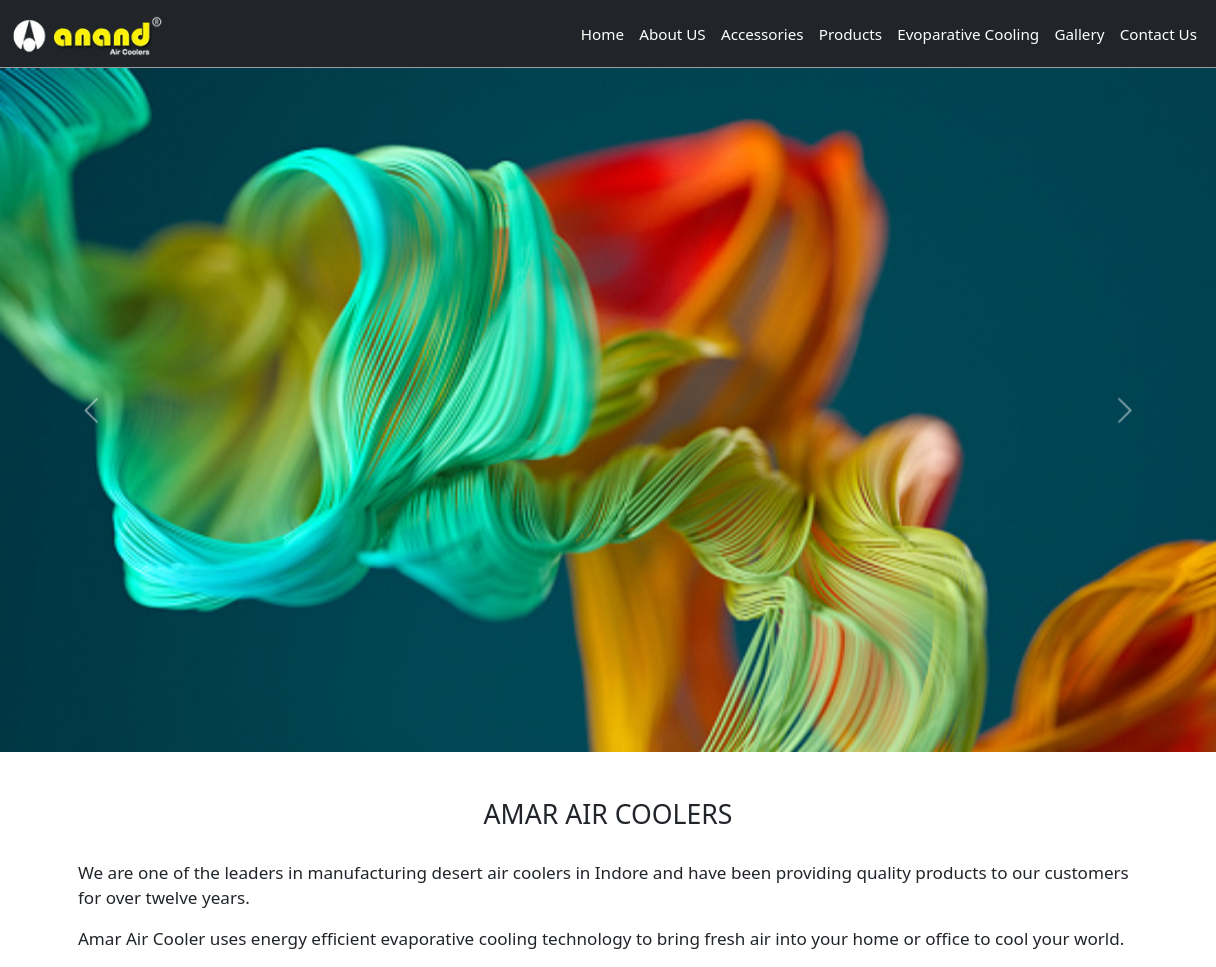
Repository: dhavalmaniyar/divakar
Page: http://localhost/
An editor plug-in stored every save of this project. The page is shown before and after the next save, followed by the edit.
The browser window is 1280 px wide. The pictures show the whole page, at 95% of full size.
The page is served by the project's application, run on Django 3.2 (divakar_app/manage.py). Other server files are loaded and not shown.

Above is the page before, as saved 2021-12-08 11:17:18.

### divakar_app/templates/index.html
{% extends "base.html" %}
{% load static %}
{%block body%}
<br><br><br>
<div id="carouselExampleInterval" class="carousel slide" data-bs-ride="carousel">
    <div class="carousel-inner">
      <div class="carousel-item active" data-bs-interval="2000">
        <img src="{%static '/images/landingpage.jpg'%}" class="d-block w-100" alt="">
      </div>
      <div class="carousel-item" data-bs-interval="2000">
        <img src="{%static '/images/landingpage.jpg'%}" class="d-block w-100" alt="">
      </div>
      <div class="carousel-item">
        <img src="{%static '/images/landingpage.jpg'%}" class="d-block w-100" alt="">
      </div>
    </div>
    <button class="carousel-control-prev" type="button" data-bs-target="#carouselExampleInterval" data-bs-slide="prev">
      <span class="carousel-control-prev-icon" aria-hidden="true"></span>
      <span class="visually-hidden">Previous</span>
    </button>
    <button class="carousel-control-next" type="button" data-bs-target="#carouselExampleInterval" data-bs-slide="next">
      <span class="carousel-control-next-icon" aria-hidden="true"></span>
      <span class="visually-hidden">Next</span>
    </button>
  </div>
  <br><br>
  <h3 class="text-center">AMAR AIR COOLERS</h3><br>
  <div class="container">
    <p class="content">
        We are one of the leaders in manufacturing desert air coolers in Indore and have
        been providing quality products to our customers for over twelve years.

    </p>
    <p class="content">
        Amar Air Cooler uses energy efficient evaporative cooling technology to bring fresh
        air into your home or office to cool your world.
    </p>
</div>
{%endblock body%}

### divakar_app/templates/base.html
{% load static %}
<!DOCTYPE html>
<html lang="en">

<head>
    <meta charset="UTF-8">
    <meta http-equiv="X-UA-Compatible" content="IE=edge">
    <meta name="viewport" content="width=device-width, initial-scale=1.0">
    <link rel="stylesheet" href="{%static '/css/bootstrap.css'%}">
    <script src="{%static '/js/bootstrap.js'%}"></script>
    <script src="https://ajax.googleapis.com/ajax/libs/jquery/3.5.1/jquery.min.js"></script>
    <title>Amar Coolers</title>
</head>
<style>
 .navbar{
     position: absolute;
     right: 0;
     left: 0;
     top: 0;
     z-index: 100;
      }
      .content{
          font-size: large;
      }
</style>

<body>
    <nav class="navbar navbar-expand-lg navbar-dark bg-dark">
        <div class="container-fluid">
            <a class="navbar-brand" href="#">
                <img src="{%static '/images/logo.webp'%}" alt="" width="100%" height="44"
                    class="d-inline-block align-text-top">
            </a>
            <button class="navbar-toggler" type="button" data-bs-toggle="collapse" data-bs-target="#navbarNavAltMarkup"
                aria-controls="navbarNavAltMarkup" aria-expanded="false" aria-label="Toggle navigation">
                <span class="navbar-toggler-icon"></span>
            </button>
            <div class="collapse navbar-collapse justify-content-end" id="navbarNavAltMarkup">
                <div class="navbar-nav">
                    <a class="nav-link active" href="#">Home</a>
                    <a class="nav-link active" href="#">About US</a>
                    <a class="nav-link active" href="#">Accessories</a>
                    <a class="nav-link active" href="#">Products</a>
                    <a class="nav-link active" href="#">Evoparative Cooling</a>
                    <a class="nav-link active" href="#">Gallery</a>
                    <a class="nav-link active" href="#">Contact Us</a>
                </div>
            </div>
        </div>
    </nav>
    {% block body %}

    {% endblock body %}
</body>

</html>

### divakar_app/divakar_app/urls.py
"""divakar_app URL Configuration

The `urlpatterns` list routes URLs to views. For more information please see:
    https://docs.djangoproject.com/en/3.1/topics/http/urls/
Examples:
Function views
    1. Add an import:  from my_app import views
    2. Add a URL to urlpatterns:  path('', views.home, name='home')
Class-based views
    1. Add an import:  from other_app.views import Home
    2. Add a URL to urlpatterns:  path('', Home.as_view(), name='home')
Including another URLconf
    1. Import the include() function: from django.urls import include, path
    2. Add a URL to urlpatterns:  path('blog/', include('blog.urls'))
"""
from django.contrib import admin
from django.urls import path
from django.urls.conf import include

urlpatterns = [
    path('',include('amar_coolers.urls')),
    path('admin/', admin.site.urls),
]

### divakar_app/amar_coolers/urls.py
from django.contrib import admin
from django.urls import path
from . import views
urlpatterns = [
    path('',views.index,name='index'),
]

Loaded but not shown: divakar_app/amar_coolers/views.py (common file); divakar_app/static/css/bootstrap.css (library); divakar_app/static/js/bootstrap.js (library)

After the next save:
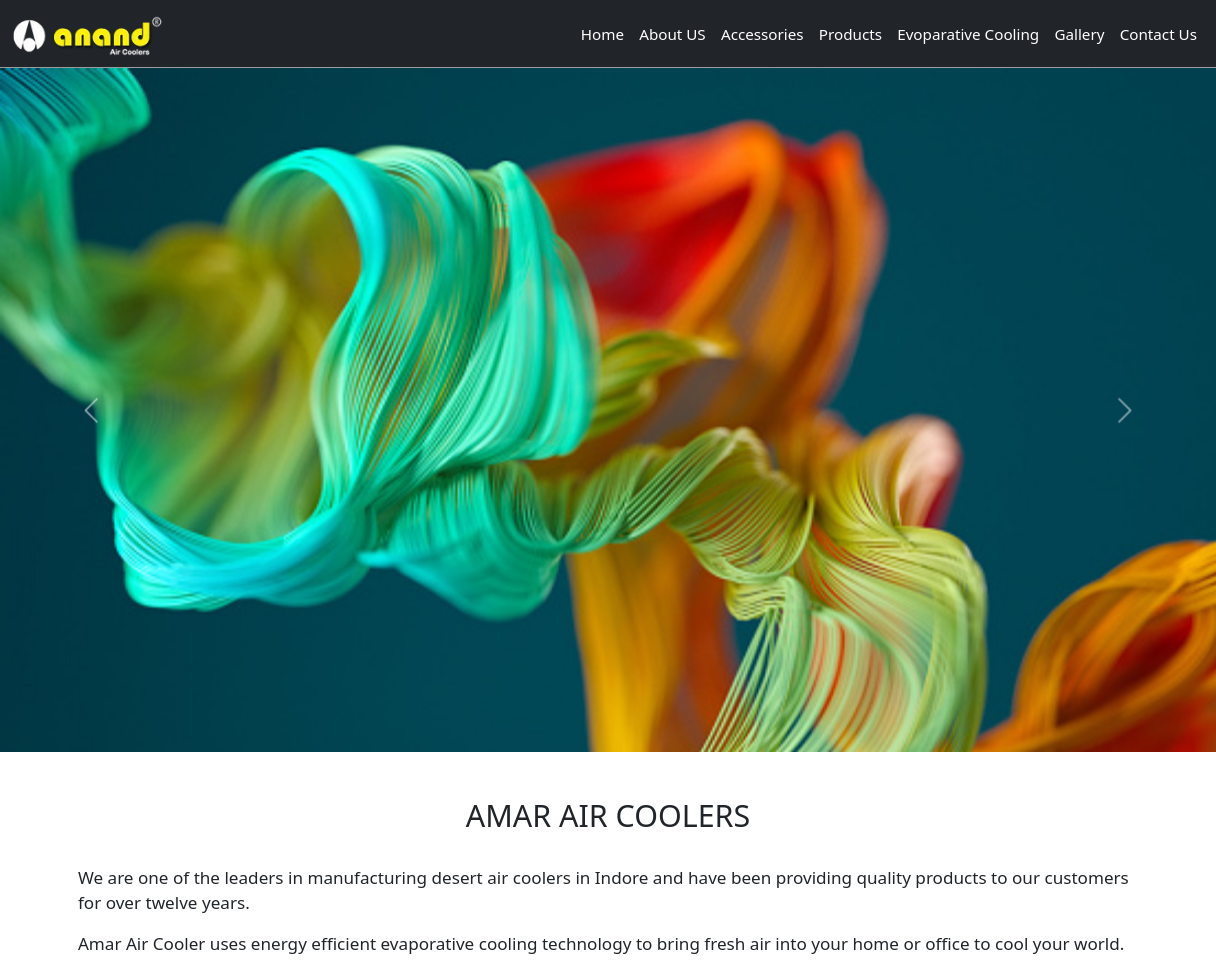
Saved 28 s later.
--- a/divakar_app/templates/index.html
+++ b/divakar_app/templates/index.html
@@ -24,7 +24,7 @@
     </button>
   </div>
   <br><br>
-  <h3 class="text-center">AMAR AIR COOLERS</h3><br>
+  <h2 class="text-center">AMAR AIR COOLERS</h2><br>
   <div class="container">
     <p class="content">
         We are one of the leaders in manufacturing desert air coolers in Indore and have
